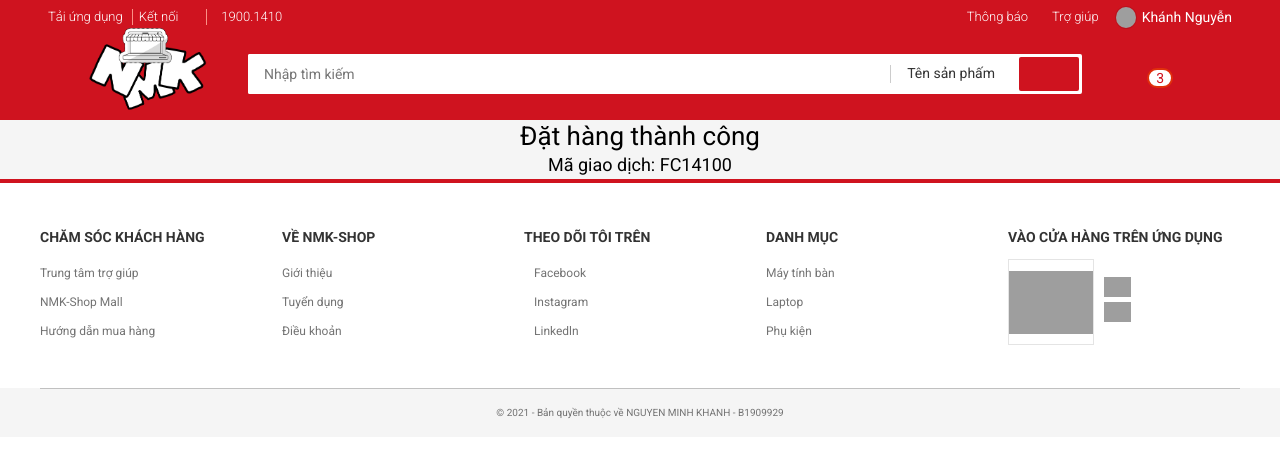
Repository: NguyenMinhKhanhB1909929/NMK-Shop
Page: orderedSuccess.html
The author's editor kept a copy of each file at every save. The page is drawn from the files as they stood at one save, then again after the next save.
The browser window is 1280 px wide. The pictures show the whole page.
Pictures or frames that could not be fetched are drawn as grey boxes. Some icons come from a web library that is not loaded, so they are not drawn.

Above is the page before, as saved 2021-12-04 15:52:37.
Console error: TypeError: Cannot set properties of null (setting 'onclick')

After the next save:
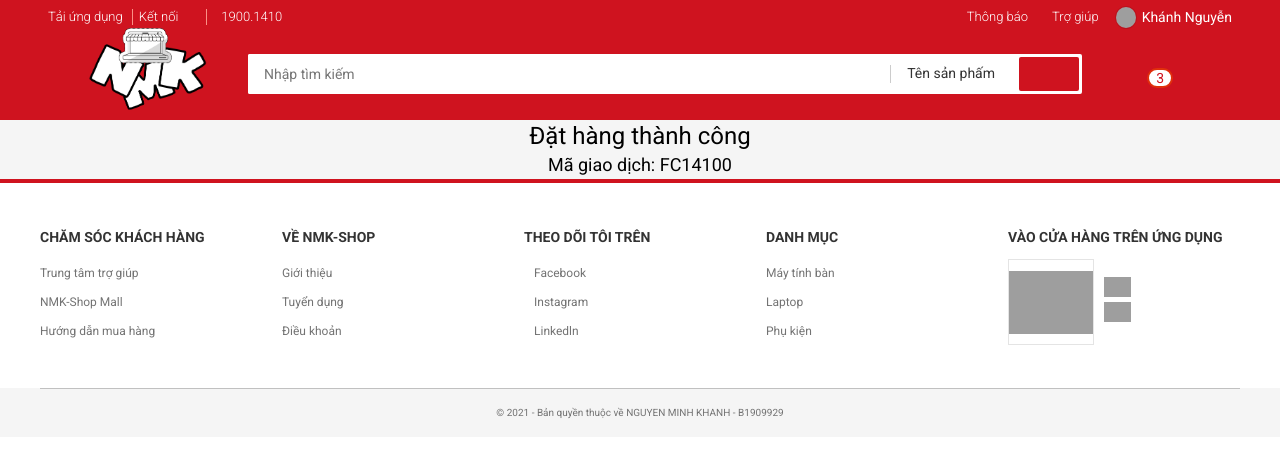
Saved 14 s later.
--- a/assets/css/orderSuccess.css
+++ b/assets/css/orderSuccess.css
@@ -10,7 +10,7 @@
   margin: 32px 0 12px;
 }
 .ordered__success-titile {
-  font-size: 2.6rem;
+  font-size: 2.4rem;
   line-height: 3.2rem;
 }
 .ordered__success-id {
